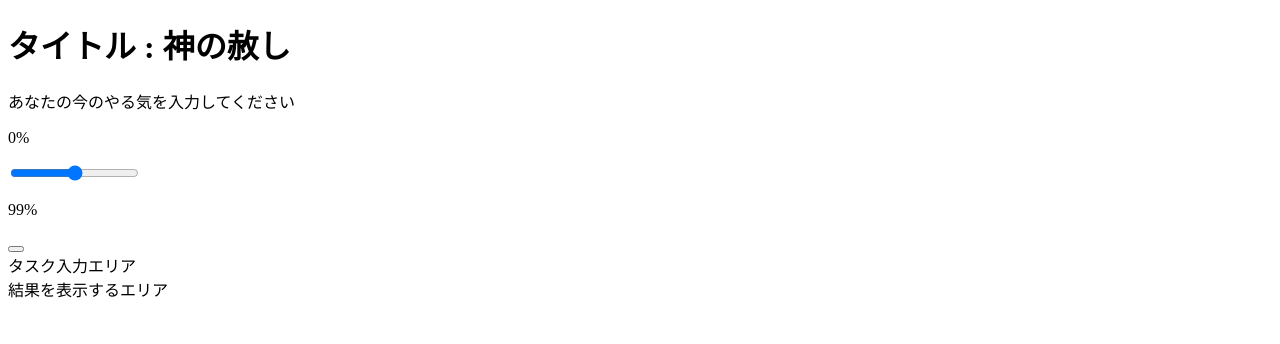
Repository: masa0306/god_forgiveness
Page: index.html
An editor plug-in stored every save of this project. The page is shown before and after the next save, followed by the edit.
The browser window is 1280 px wide. The pictures show the whole page.

Above is the page before, as saved 2024-05-14 23:05:57.

### index.html
<!DOCTYPE html>
<html lang="en">
<head>
    <meta charset="UTF-8">
    <meta name="viewport" content="width=device-width, initial-scale=1.0">
    <title>Document</title>
</head>
<body>
<!-- タイトルトップ -->
<!-- 神の許しを請うボタンを設置し、それを押すと始まるイメージ -->
    <div><h1>タイトル : 神の赦し</h1></div>
    <!-- やる気を入力するエリア -->
    <div>
        <p>あなたの今のやる気を入力してください</p>
        <p>0%</p>
        <input type="range" name="motivation" min="0" max="99">
        <p>99%</p>
        <button id="sendMotivation"></button>
    </div>


    <div>タスク入力エリア</div>

    <div>結果を表示するエリア</div>
    <script src="https://ajax.googleapis.com/ajax/libs/jquery/3.7.0/jquery.min.js"></script>
    <script src="/js/script.js"></script>

</body>
</html>

### js/script.js
// やる気の取得
function motivation() {
    $('#sendMotivation').on("click",function(){
        motivation=$("#motivation").val()
        console.log(motivation);
    })
};

After the next save:
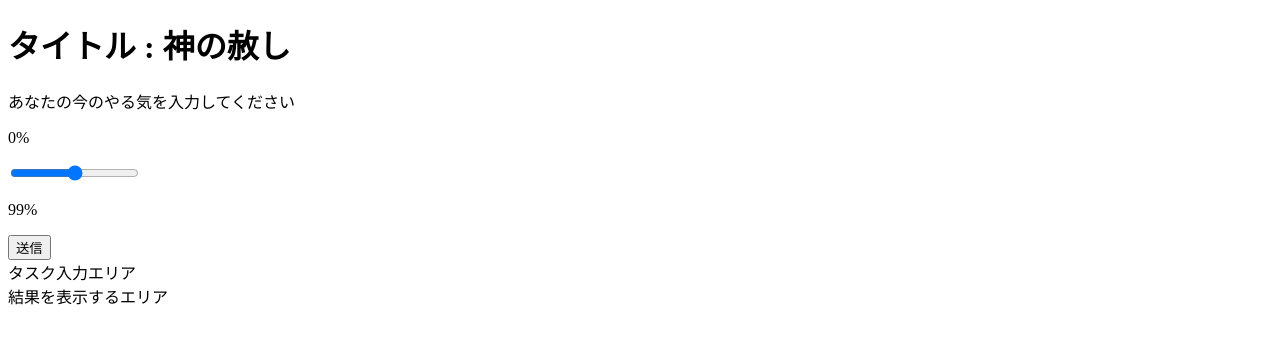
Saved 11 s later.
--- a/index.html
+++ b/index.html
@@ -15,7 +15,7 @@
         <p>0%</p>
         <input type="range" name="motivation" min="0" max="99">
         <p>99%</p>
-        <button id="sendMotivation"></button>
+        <button id="sendMotivation">送信</button>
     </div>
 
 
